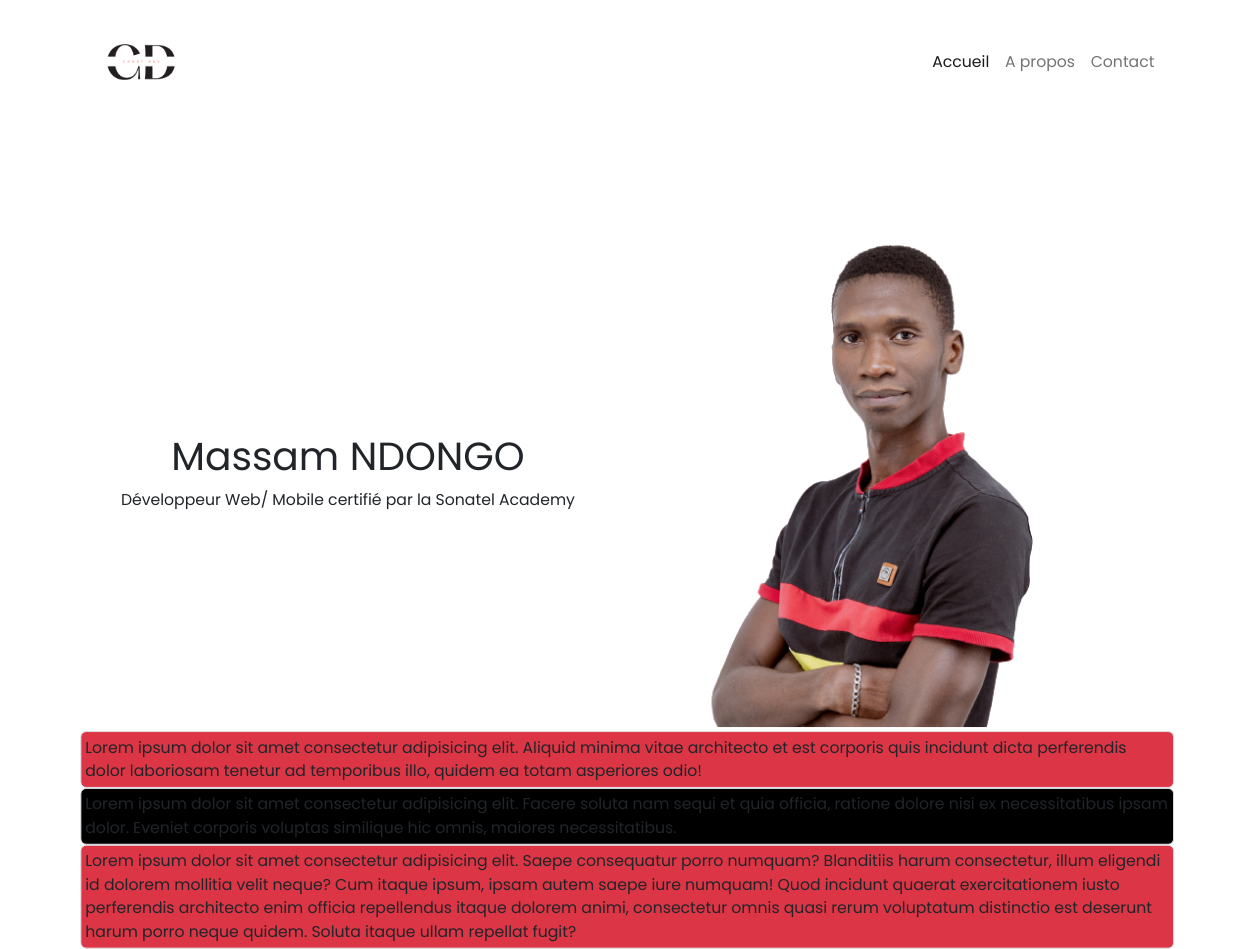
Repository: massndongo/portfolio1
Page: index.html
These files come from the project's save history. The page is drawn as it stood at one moment and after the next save; the edit follows.
The browser window is 1280 px wide. The pictures show the whole page, at 98% of full size.

Above is the page before, as saved 2023-05-29 17:54:49.

After the next save:
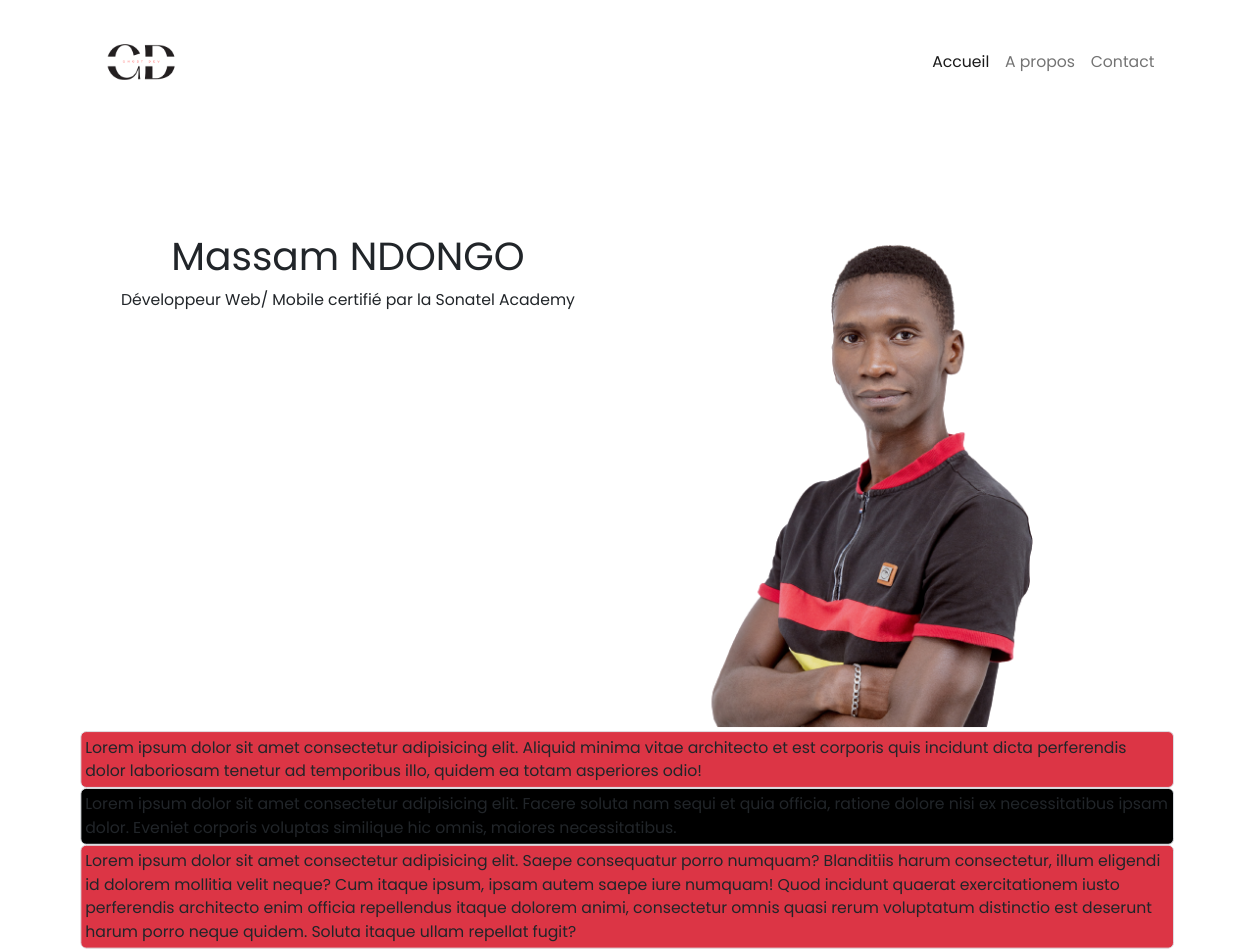
Saved 105 s later.
--- a/index.html
+++ b/index.html
@@ -40,7 +40,7 @@
         <div class="contenu">
 
         <div class="propos d-flex row flex-row justify-content-center" id="propos">
-            <div class="col-lg-6 col-md-12 mb-1 align-content-center text-center">
+            <div class="col-lg-6 col-md-12 mb-1 align-middle text-center">
                 <h1>Massam NDONGO</h1>
                 <P>Développeur Web/ Mobile certifié par la Sonatel Academy</P>
             </div>
